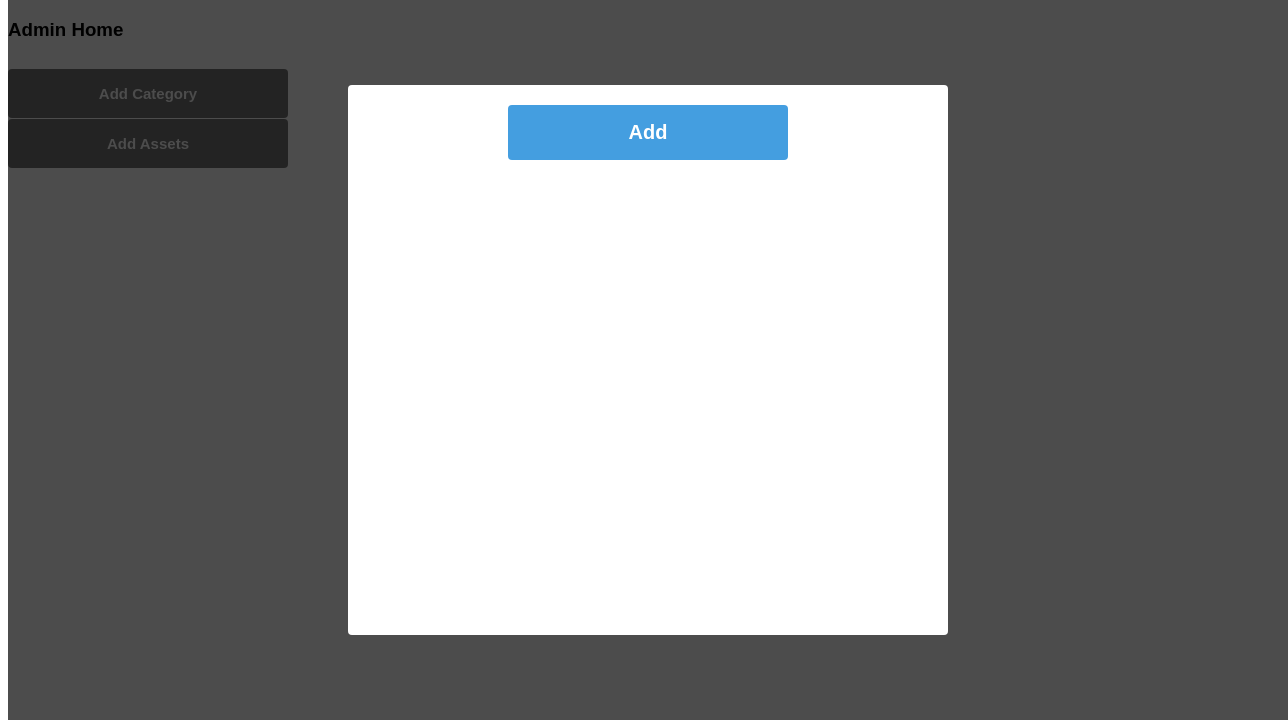
Repository: DhruvKaushal/CodeFury_404Found
Page: http://localhost/e-assets/assetadded.jsp
An editor plug-in stored every save of this project. The page is shown before and after the next save, followed by the edit.
The browser window is 1280 px wide. The page is 1288 px wide, so the pictures cover 1288 px, including what lies to the right of the window. The pictures show the whole page.
The page is served by Tomcat 9.

Above is the page before, as saved 2020-10-05 10:05:44.

After the next save:
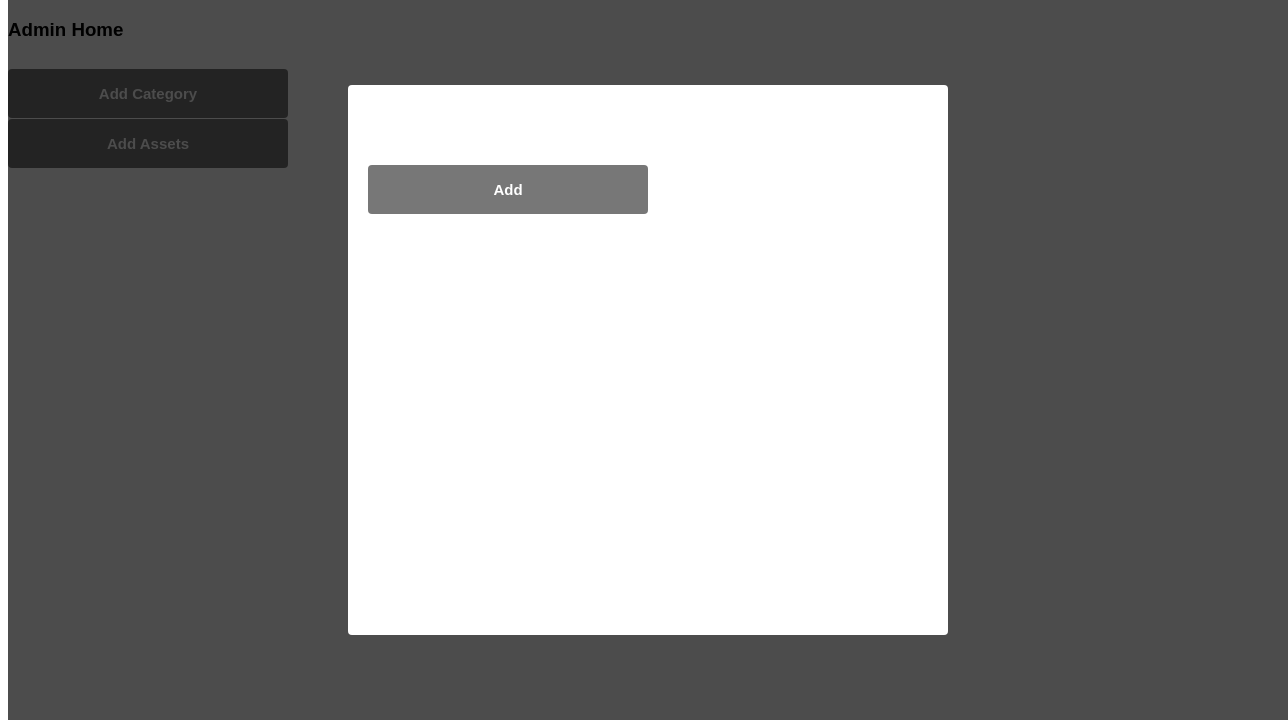
Saved 12 min 40 s later.
--- a/Aditya's New/E-Assets-Management/e-assets/WebContent/assetadded.jsp
+++ b/Aditya's New/E-Assets-Management/e-assets/WebContent/assetadded.jsp
@@ -22,7 +22,7 @@
 
 
 
-                  <button type="submit" class="btn"><b>Add</b></button>
+             <button class="open-assets-button" action="adminhome.jsp" class="btn"><b>Add</b></button>
 
 
         </div>
